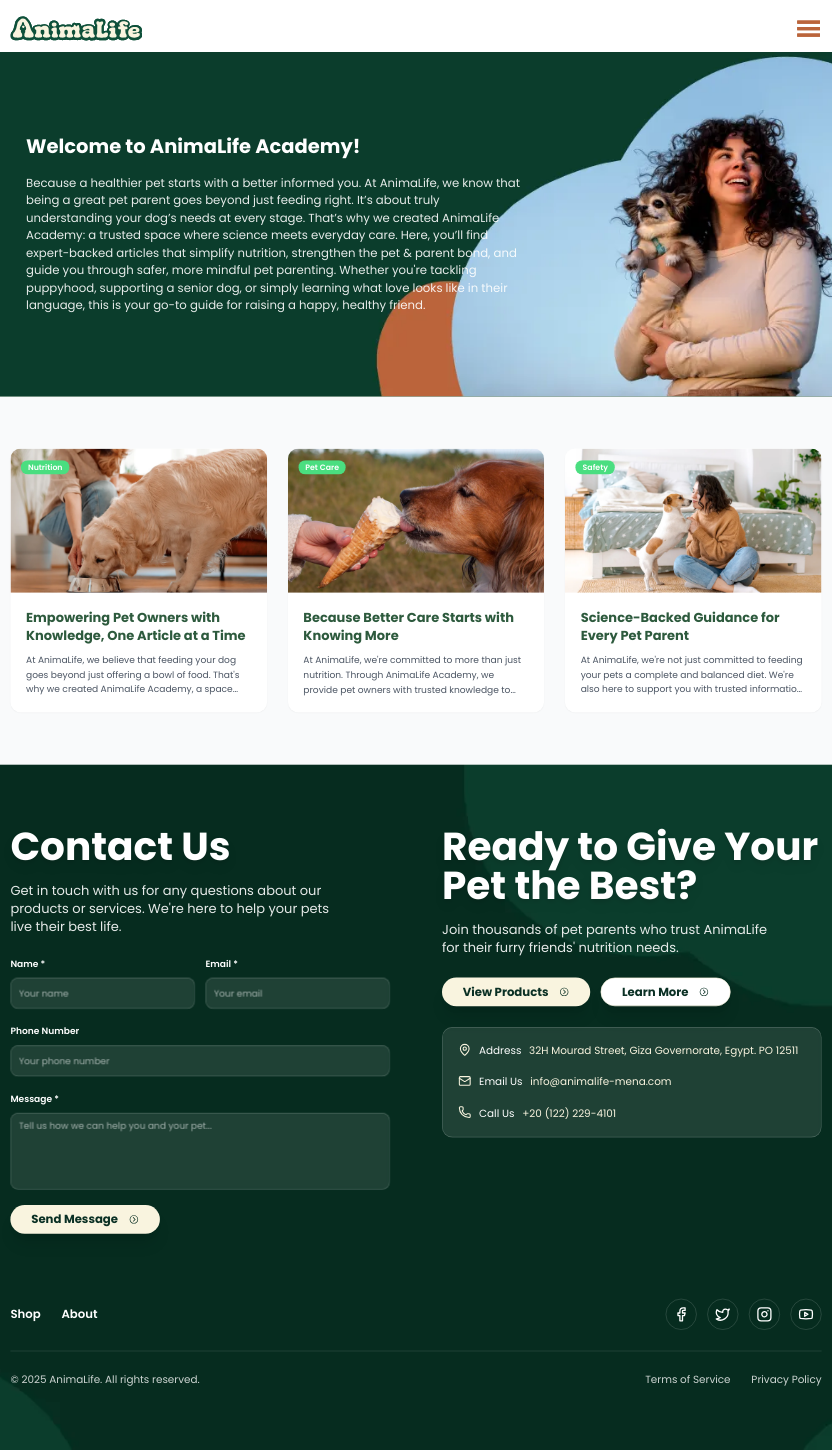
Repository: the-jupiteragency/animalife
Page: /academy
The author's editor kept a copy of each file at every save. The page is drawn from the files as they stood at one save, then again after the next save.
The browser window is 1280 px wide. The pictures show the whole page, at 65% of full size.
The project was rebuilt for these pictures with package versions that can differ from the ones it lists, and the page was loaded fresh each time. The framework's server and built-in components were replaced by stand-ins that run in the browser. Also part of the build but not shown: next.config.mjs.

Above is the page before, as saved 2025-08-05 09:38:22.

### app/layout.tsx
import type { Metadata, Viewport } from "next";
import "./globals.css";
import { Header } from "@/components/header";
import { Footer } from "@/components/footer";
import Script from "next/script";

export const metadata: Metadata = {
  metadataBase: new URL('https://animalife.vercel.app'),
  title: {
    default: "AnimaLife | Science-Driven Pet Nutrition & Wellness",
    template: "%s | AnimaLife"
  },
  description:
    "AnimaLife offers science-driven, complete, and balanced nutrition for pets. Discover products tailored to your pet's unique needs, expert advice, and a passionate community of animal lovers.",
  keywords: [
    "AnimaLife",
    "pet nutrition",
    "dog food",
    "cat food",
    "science-based pet care",
    "pet wellness",
    "healthy pets",
    "animal health",
    "pet products",
    "pet academy",
    "pet community",
    "premium pet food",
    "natural pet nutrition",
    "pet health supplements"
  ],
  authors: [{ name: "AnimaLife Team", url: "https://animalife.vercel.app" }],
  creator: "AnimaLife",
  publisher: "AnimaLife",
  formatDetection: {
    email: false,
    address: false,
    telephone: false,
  },
  category: 'Pet Care',
  classification: 'Pet Nutrition and Wellness',
  openGraph: {
    title: "AnimaLife | Science-Driven Pet Nutrition & Wellness",
    description:
      "AnimaLife offers science-driven, complete, and balanced nutrition for pets. Discover products tailored to your pet's unique needs, expert advice, and a passionate community of animal lovers.",
    url: "https://animalife.vercel.app",
    siteName: "AnimaLife",
    images: [
      {
        url: "/hero1.webp",
        width: 1200,
        height: 630,
        alt: "AnimaLife - Science-Driven Pet Nutrition",
      },
    ],
    locale: "en_US",
    type: "website",
  },
  twitter: {
    card: 'summary_large_image',
    title: 'AnimaLife | Science-Driven Pet Nutrition & Wellness',
    description: 'AnimaLife offers science-driven, complete, and balanced nutrition for pets. Discover products tailored to your pet\'s unique needs.',
    images: ['/hero1.webp'],
    creator: '@animalife',
    site: '@animalife'
  },
  robots: {
    index: true,
    follow: true,
    googleBot: {
      index: true,
      follow: true,
      'max-video-preview': -1,
      'max-image-preview': 'large',
      'max-snippet': -1,
    },
  },
  icons: {
    icon: [
      { url: '/favicon.ico' },
      { url: '/favicon.png', type: 'image/png' },
    ],
    shortcut: '/favicon.ico',
    apple: [
      { url: '/apple-touch-icon.png' },
      { url: '/apple-touch-icon-72x72.png', sizes: '72x72', type: 'image/png' },
      { url: '/apple-touch-icon-114x114.png', sizes: '114x114', type: 'image/png' },
    ],
  },
  manifest: '/site.webmanifest',
  alternates: {
    canonical: 'https://animalife.vercel.app',
  },
  verification: {
    google: 'your-google-verification-code',
    yandex: 'your-yandex-verification-code',
    yahoo: 'your-yahoo-verification-code',
  },
};

export const viewport: Viewport = {
  themeColor: "#1B4838",
};

const jsonLd = {
  '@context': 'https://schema.org',
  '@type': 'Organization',
  name: 'AnimaLife',
  url: 'https://animalife.vercel.app',
  logo: 'https://animalife.vercel.app/logo.svg',
  description: 'AnimaLife offers science-driven, complete, and balanced nutrition for pets.',
  contactPoint: {
    '@type': 'ContactPoint',
    contactType: 'Customer Service',
    availableLanguage: 'English'
  },
  sameAs: [
    'https://facebook.com/animalife',
    'https://twitter.com/animalife',
    'https://instagram.com/animalife'
  ],
  address: {
    '@type': 'PostalAddress',
    addressCountry: 'EG'
  }
};

export default function RootLayout({
  children,
}: Readonly<{
  children: React.ReactNode;
}>) {
  return (
    <html lang="en">
      <head>
        <link rel="preconnect" href="https://fonts.googleapis.com" />
        <link rel="preconnect" href="https://fonts.gstatic.com" crossOrigin="anonymous" />
        <link rel="dns-prefetch" href="https://fonts.googleapis.com" />
        <meta name="theme-color" content="#1B4838" />
        <meta name="msapplication-TileColor" content="#1B4838" />
        <meta name="apple-mobile-web-app-capable" content="yes" />
        <meta name="apple-mobile-web-app-status-bar-style" content="default" />
        <meta name="format-detection" content="telephone=no" />
        <Script
          id="json-ld"
          type="application/ld+json"
          dangerouslySetInnerHTML={{ __html: JSON.stringify(jsonLd) }}
        />
      </head>
      <body>
        <Header />
        {children}
        <Footer />
      </body>
    </html>
  );
}

### app/academy/page.tsx
"use client";

import { Card, CardContent } from "@/components/ui/card";
import { Badge } from "@/components/ui/badge";
import Image from "next/image";
import Link from "next/link";
import { Header } from "@/components/header";
import { AcademyPosts } from "@/app/data/academy-posts";

// Remove the hardcoded blogPosts array and use:
const blogPosts = AcademyPosts;

export default function AcademyPage() {
  return (
    <div className="min-h-screen bg-white">
      {/* Header */}
      <Header />
      {/* Add top padding to account for fixed header */}
      <div className="pt-20">
        {/* Hero Banner Section */}
        <section className="relative h-[530px] bg-[#2d5a3d] overflow-hidden">
          <div className="absolute inset-0">
            <Image
              src="/academy-banner.webp"
              alt="Academy Banner"
              fill
              className="object-cover w-full h-full"
              priority
            />
          </div>
          <div className="relative z-10 px-10 mx-auto  h-full flex items-center">
            <div className="max-w-3xl">
              <h2 className="text-4xl md:text-3xl font-bold text-white mb-6">
                Welcome to AnimaLife Academy!
              </h2>
              <p className="text-lg text-white/90 leading-normal">
                Because a healthier pet starts with a better informed you. At
                AnimaLife, we know that being a great pet parent goes beyond
                just feeding right. It’s about truly understanding your dog’s
                needs at every stage. That’s why we created AnimaLife Academy: a
                trusted space where science meets everyday care. Here, you’ll
                find expert-backed articles that simplify nutrition, strengthen
                the pet & parent bond, and guide you through safer, more mindful
                pet parenting. Whether you're tackling puppyhood, supporting a
                senior dog, or simply learning what love looks like in their
                language, this is your go-to guide for raising a happy, healthy
                friend.
              </p>
            </div>
          </div>
        </section>

        {/* Blog Posts Grid */}
        <section className="py-12 md:py-20 bg-gray-50">
          <div className="container mx-auto px-4">
            <div className="grid grid-cols-1 md:grid-cols-2 lg:grid-cols-3 gap-6 md:gap-8">
              {blogPosts.map((post) => (
                <Link key={post.id} href={`/academy/${post.id}`}>
                  <Card className="cursor-pointer transform transition-all duration-300 hover:scale-105 hover:shadow-xl bg-white border-0 rounded-2xl overflow-hidden group">
                    <CardContent className="p-0">
                      <div className="aspect-video relative overflow-hidden">
                        <Image
                          src={post.image || "/placeholder.svg"}
                          alt={post.title}
                          fill
                          className="object-cover w-full h-full group-hover:scale-105 transition-all duration-500"
                          sizes="(max-width: 768px) 100vw, (max-width: 1200px) 50vw, 33vw"
                        />
                        <div className="absolute top-4 left-4">
                          <Badge className="bg-[#4ade80] text-white hover:bg-[#22c55e] group-hover:scale-110 transition-transform duration-300">
                            {post.category}
                          </Badge>
                        </div>
                      </div>

                      <div className="p-4 md:p-6">
                        <h3 className="text-lg md:text-xl font-bold text-[#2d5a3d] mb-3 line-clamp-2 group-hover:text-[#1e3a2a] transition-colors duration-300">
                          {post.title}
                        </h3>
                        <p className="text-gray-600 text-sm leading-relaxed line-clamp-3 group-hover:text-gray-700 transition-colors duration-300">
                          {post.excerpt}
                        </p>
                      </div>
                    </CardContent>
                  </Card>
                </Link>
              ))}
            </div>
          </div>
        </section>
      </div>{" "}
      {/* Close pt-20 div */}
    </div>
  );
}

### components/header.tsx
"use client";

import { useState, useEffect } from "react";
import { Menu, X } from "lucide-react";
import { GiHamburgerMenu } from "react-icons/gi";
import { IoMdCloseCircle } from "react-icons/io";
import { Button } from "@/components/ui/button";
import Link from "next/link";
import Image from "next/image";

export function Header() {
  const [isMenuOpen, setIsMenuOpen] = useState(false);
  const [scrolled, setScrolled] = useState(false);

  useEffect(() => {
    const handleScroll = () => {
      setScrolled(window.scrollY > 10);
    };
    window.addEventListener("scroll", handleScroll);
    return () => window.removeEventListener("scroll", handleScroll);
  }, []);

  return (
    <header
      className={`fixed top-0 left-0 right-0 z-50 transition-colors duration-300 ${
        scrolled ? "bg-[#0A3D2C]" : "bg-transparent"
      }`}
    >
      <div className="container mx-auto px-4 py-4 md:py-6 flex items-center justify-between font-mono font-normal text-base bg-transparent text-[rgba(249,244,223,1)] flex-row">
        <Link
          href="/"
          className="text-white text-xl md:text-2xl font-bold hover:text-green-200 transition-colors"
        >
          <Image
            src="/logo.svg"
            alt="AnimaLife"
            width={120}
            height={120}
            priority
            style={{ width: "auto", height: "auto" }}
          />
        </Link>

        <div
          className="transition-all duration-300 hover:scale-110"
          onClick={() => setIsMenuOpen(!isMenuOpen)}
        >
          {isMenuOpen ? (
            <IoMdCloseCircle
              className={`h-10 w-10 ${scrolled ? "text-white" : "text-[#1B4838]"}`}
            />
          ) : (
            <GiHamburgerMenu
              className={`h-10 w-10 ${scrolled ? "text-white" : "md:text-[#BA643B]"}`}
            />
          )}
        </div>
      </div>

      {/* Menu Overlay */}
      {isMenuOpen && (
        <div className="fixed inset-0 z-50 bg-[#2d5a3d]">
          <div className="absolute top-4 right-4">
            <div
              className="text-white transition-all duration-300 hover:scale-110"
              onClick={() => setIsMenuOpen(false)}
            >
              <IoMdCloseCircle className="h-12 w-12" />
            </div>
          </div>

          <div className="flex items-center justify-center min-h-screen">
            <nav className="text-center space-y-8 md:space-y-12">
              <Link
                href="/"
                className="block text-white text-xl md:text-2xl font-medium hover:text-green-200 transition-colors"
                onClick={() => setIsMenuOpen(false)}
              >
                Home
              </Link>
              <Link
                href="/products"
                className="block text-white text-xl md:text-2xl font-medium hover:text-green-200 transition-colors"
                onClick={() => setIsMenuOpen(false)}
              >
                Our Products
              </Link>
              <Link
                href="/about"
                className="block text-white text-xl md:text-2xl font-medium hover:text-green-200 transition-colors"
                onClick={() => setIsMenuOpen(false)}
              >
                Discover AnimaLife
              </Link>
              <Link
                href="/academy"
                className="block text-white text-xl md:text-2xl font-medium hover:text-green-200 transition-colors"
                onClick={() => setIsMenuOpen(false)}
              >
                AnimaLife Academy
              </Link>
            </nav>
          </div>
        </div>
      )}
    </header>
  );
}

### components/ui/card.tsx
import * as React from "react"

import { cn } from "@/lib/utils"

const Card = React.forwardRef<
  HTMLDivElement,
  React.HTMLAttributes<HTMLDivElement>
>(({ className, ...props }, ref) => (
  <div
    ref={ref}
    className={cn(
      "rounded-lg border bg-card text-card-foreground shadow-sm",
      className
    )}
    {...props}
  />
))
Card.displayName = "Card"

const CardHeader = React.forwardRef<
  HTMLDivElement,
  React.HTMLAttributes<HTMLDivElement>
>(({ className, ...props }, ref) => (
  <div
    ref={ref}
    className={cn("flex flex-col space-y-1.5 p-6", className)}
    {...props}
  />
))
CardHeader.displayName = "CardHeader"

const CardTitle = React.forwardRef<
  HTMLDivElement,
  React.HTMLAttributes<HTMLDivElement>
>(({ className, ...props }, ref) => (
  <div
    ref={ref}
    className={cn(
      "text-2xl font-semibold leading-none tracking-tight",
      className
    )}
    {...props}
  />
))
CardTitle.displayName = "CardTitle"

const CardDescription = React.forwardRef<
  HTMLDivElement,
  React.HTMLAttributes<HTMLDivElement>
>(({ className, ...props }, ref) => (
  <div
    ref={ref}
    className={cn("text-sm text-muted-foreground", className)}
    {...props}
  />
))
CardDescription.displayName = "CardDescription"

const CardContent = React.forwardRef<
  HTMLDivElement,
  React.HTMLAttributes<HTMLDivElement>
>(({ className, ...props }, ref) => (
  <div ref={ref} className={cn("p-6 pt-0", className)} {...props} />
))
CardContent.displayName = "CardContent"

const CardFooter = React.forwardRef<
  HTMLDivElement,
  React.HTMLAttributes<HTMLDivElement>
>(({ className, ...props }, ref) => (
  <div
    ref={ref}
    className={cn("flex items-center p-6 pt-0", className)}
    {...props}
  />
))
CardFooter.displayName = "CardFooter"

export { Card, CardHeader, CardFooter, CardTitle, CardDescription, CardContent }

### components/ui/badge.tsx
import * as React from "react"
import { cva, type VariantProps } from "class-variance-authority"

import { cn } from "@/lib/utils"

const badgeVariants = cva(
  "inline-flex items-center rounded-full border px-2.5 py-0.5 text-xs font-semibold transition-colors focus:outline-none focus:ring-2 focus:ring-ring focus:ring-offset-2",
  {
    variants: {
      variant: {
        default:
          "border-transparent bg-primary text-primary-foreground hover:bg-primary/80",
        secondary:
          "border-transparent bg-secondary text-secondary-foreground hover:bg-secondary/80",
        destructive:
          "border-transparent bg-destructive text-destructive-foreground hover:bg-destructive/80",
        outline: "text-foreground",
      },
    },
    defaultVariants: {
      variant: "default",
    },
  }
)

export interface BadgeProps
  extends React.HTMLAttributes<HTMLDivElement>,
    VariantProps<typeof badgeVariants> {}

function Badge({ className, variant, ...props }: BadgeProps) {
  return (
    <div className={cn(badgeVariants({ variant }), className)} {...props} />
  )
}

export { Badge, badgeVariants }

### components/ui/button.tsx
import * as React from "react";
import { Slot } from "@radix-ui/react-slot";
import { cva, type VariantProps } from "class-variance-authority";

import { cn } from "@/lib/utils";

const buttonVariants = cva(
  "inline-flex items-center justify-center gap-2 whitespace-nowrap rounded-md text-sm font-medium ring-offset-background transition-colors focus-visible:outline-none focus-visible:ring-2 focus-visible:ring-ring focus-visible:ring-offset-2 disabled:pointer-events-none disabled:opacity-50 [&_svg]:pointer-events-none [&_svg]:size-4 [&_svg]:shrink-0",
  {
    variants: {
      variant: {
        default: "bg-primary text-primary-foreground hover:bg-primary/90",
        destructive:
          "bg-destructive text-destructive-foreground hover:bg-destructive/90",
        outline:
          "border border-input bg-background hover:bg-accent hover:text-accent-foreground",
        secondary:
          "bg-secondary text-secondary-foreground hover:bg-secondary/80",
        ghost: "hover:bg-accent hover:text-accent-foreground",
        link: "text-primary underline-offset-4 hover:underline",
        icon: "bg-transparent",
        hover:
          "bg-[#F9F4DF] text-[#0A3024] hover:bg-[#A7552E] hover:text-white",
      },
      size: {
        default: "h-10 px-4 py-2",
        sm: "h-9 rounded-md px-3",
        lg: "h-11 rounded-md px-8",
        icon: "h-10 w-10",
      },
    },
    defaultVariants: {
      variant: "default",
      size: "default",
    },
  }
);

export interface ButtonProps
  extends React.ButtonHTMLAttributes<HTMLButtonElement>,
    VariantProps<typeof buttonVariants> {
  asChild?: boolean;
}

const Button = React.forwardRef<HTMLButtonElement, ButtonProps>(
  ({ className, variant, size, asChild = false, ...props }, ref) => {
    const Comp = asChild ? Slot : "button";
    return (
      <Comp
        className={cn(buttonVariants({ variant, size, className }))}
        ref={ref}
        {...props}
      />
    );
  }
);
Button.displayName = "Button";

export { Button, buttonVariants };

### components/ui/input.tsx
import * as React from "react"

import { cn } from "@/lib/utils"

const Input = React.forwardRef<HTMLInputElement, React.ComponentProps<"input">>(
  ({ className, type, ...props }, ref) => {
    return (
      <input
        type={type}
        className={cn(
          "flex h-10 w-full rounded-md border border-input bg-background px-3 py-2 text-base ring-offset-background file:border-0 file:bg-transparent file:text-sm file:font-medium file:text-foreground placeholder:text-muted-foreground focus-visible:outline-none focus-visible:ring-2 focus-visible:ring-ring focus-visible:ring-offset-2 disabled:cursor-not-allowed disabled:opacity-50 md:text-sm",
          className
        )}
        ref={ref}
        {...props}
      />
    )
  }
)
Input.displayName = "Input"

export { Input }

### tailwind.config.ts
import type { Config } from "tailwindcss";

const config: Config = {
  darkMode: ["class"],
  content: [
    "./pages/**/*.{js,ts,jsx,tsx,mdx}",
    "./components/**/*.{js,ts,jsx,tsx,mdx}",
    "./app/**/*.{js,ts,jsx,tsx,mdx}",
    "*.{js,ts,jsx,tsx,mdx}",
  ],
  theme: {
    extend: {
      colors: {
        background: "hsl(var(--background))",
        foreground: "hsl(var(--foreground))",
        card: {
          DEFAULT: "hsl(var(--card))",
          foreground: "hsl(var(--card-foreground))",
        },
        popover: {
          DEFAULT: "hsl(var(--popover))",
          foreground: "hsl(var(--popover-foreground))",
        },
        primary: {
          DEFAULT: "hsl(var(--primary))",
          foreground: "hsl(var(--primary-foreground))",
        },
        secondary: {
          DEFAULT: "hsl(var(--secondary))",
          foreground: "hsl(var(--secondary-foreground))",
        },
        muted: {
          DEFAULT: "hsl(var(--muted))",
          foreground: "hsl(var(--muted-foreground))",
        },
        accent: {
          DEFAULT: "hsl(var(--accent))",
          foreground: "hsl(var(--accent-foreground))",
        },
        destructive: {
          DEFAULT: "hsl(var(--destructive))",
          foreground: "hsl(var(--destructive-foreground))",
        },
        border: "hsl(var(--border))",
        input: "hsl(var(--input))",
        ring: "hsl(var(--ring))",
        chart: {
          "1": "hsl(var(--chart-1))",
          "2": "hsl(var(--chart-2))",
          "3": "hsl(var(--chart-3))",
          "4": "hsl(var(--chart-4))",
          "5": "hsl(var(--chart-5))",
        },
        sidebar: {
          DEFAULT: "hsl(var(--sidebar-background))",
          foreground: "hsl(var(--sidebar-foreground))",
          primary: "hsl(var(--sidebar-primary))",
          "primary-foreground": "hsl(var(--sidebar-primary-foreground))",
          accent: "hsl(var(--sidebar-accent))",
          "accent-foreground": "hsl(var(--sidebar-accent-foreground))",
          border: "hsl(var(--sidebar-border))",
          ring: "hsl(var(--sidebar-ring))",
        },
      },
      borderRadius: {
        lg: "var(--radius)",
        md: "calc(var(--radius) - 2px)",
        sm: "calc(var(--radius) - 4px)",
      },
      fontFamily: {
        sans: [
          'Poppins',
          '-apple-system',
          'BlinkMacSystemFont',
          'Segoe UI',
          'Roboto',
          'Oxygen',
          'Ubuntu',
          'Cantarell',
          'Fira Sans',
          'Droid Sans',
          'Helvetica Neue',
          'sans-serif'
        ],
        headline: [
          'Co Headline',
          'Poppins',
          '-apple-system',
          'BlinkMacSystemFont',
          'Segoe UI',
          'sans-serif'
        ],
      },
      keyframes: {
        "accordion-down": {
          from: {
            height: "0",
          },
          to: {
            height: "var(--radix-accordion-content-height)",
          },
        },
        "accordion-up": {
          from: {
            height: "var(--radix-accordion-content-height)",
          },
          to: {
            height: "0",
          },
        },
      },
      animation: {
        "accordion-down": "accordion-down 0.2s ease-out",
        "accordion-up": "accordion-up 0.2s ease-out",
      },
    },
  },
  plugins: [require("tailwindcss-animate")],
};
export default config;

Loaded but not shown: components/ui/textarea.tsx (common file); lib/utils.ts (common file); components/footer.tsx (439 lines, source omitted); app/data/academy-posts.ts (242 lines, source omitted); app/globals.css (185 lines, source omitted)

After the next save:
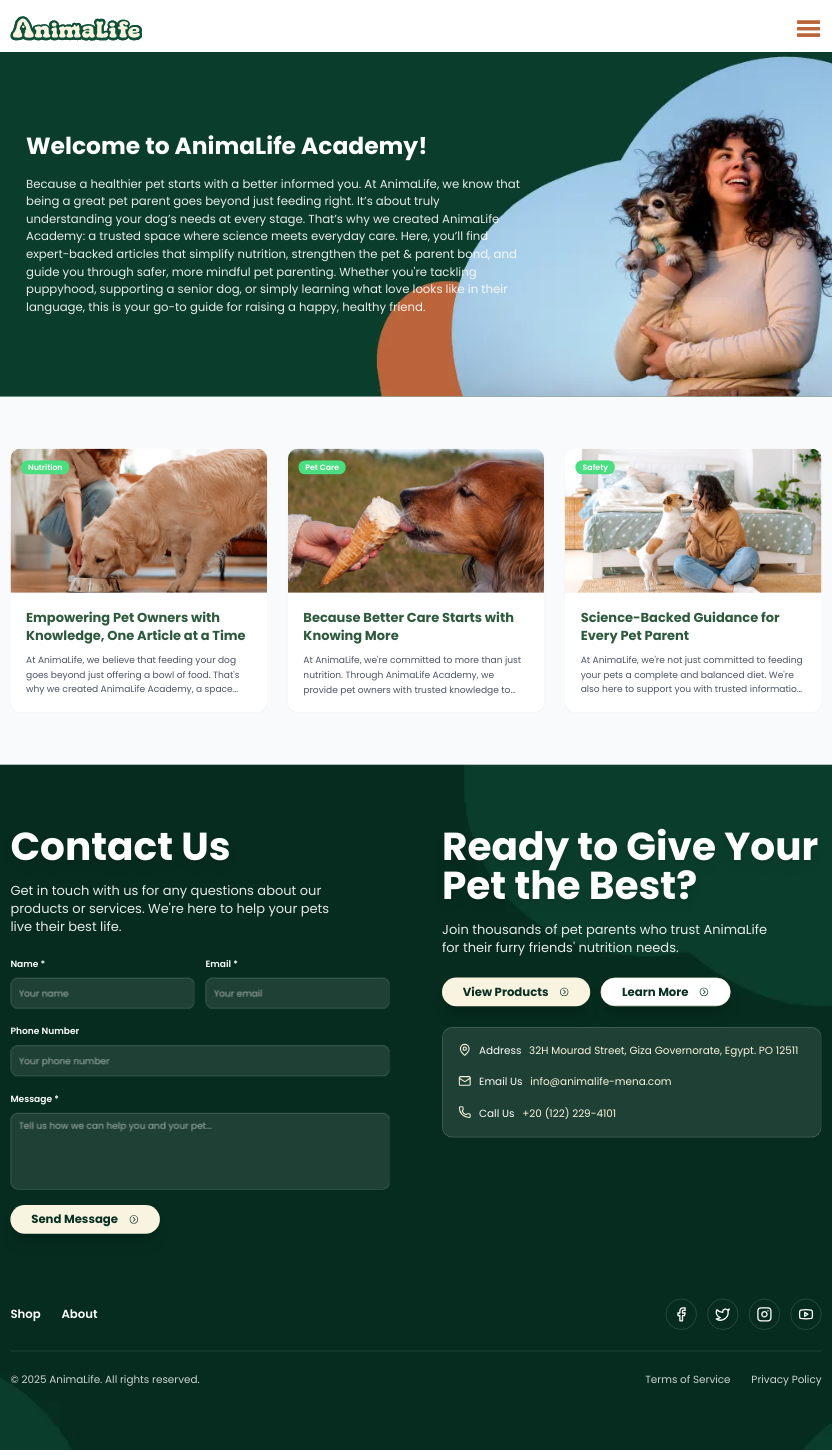
Saved 5 s later.
--- a/app/academy/page.tsx
+++ b/app/academy/page.tsx
@@ -30,7 +30,7 @@
           </div>
           <div className="relative z-10 px-10 mx-auto  h-full flex items-center">
             <div className="max-w-3xl">
-              <h2 className="text-4xl md:text-3xl font-bold text-white mb-6">
+              <h2 className="text-4xl md:text-4xl font-bold text-white mb-6">
                 Welcome to AnimaLife Academy!
               </h2>
               <p className="text-lg text-white/90 leading-normal">
